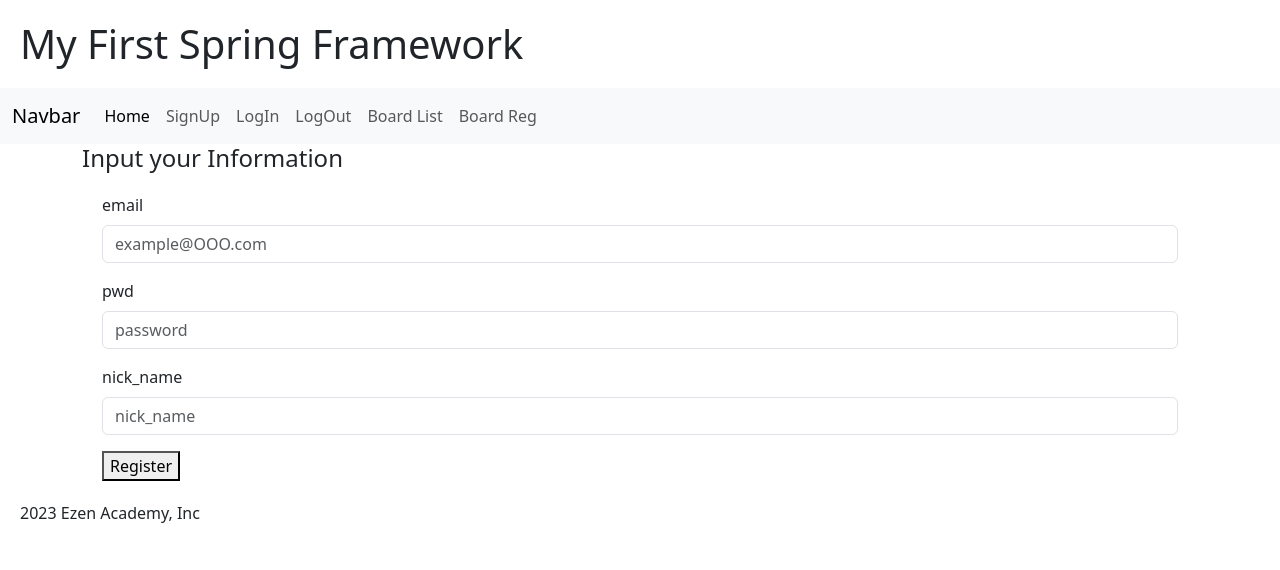
Repository: hayxxnekim/spring
Page: http://localhost/springProject/WEB-INF/views/member/register.jsp
The author's editor kept a copy of each file at every save. The page is drawn from the files as they stood at one save, then again after the next save.
The browser window is 1280 px wide. The pictures show the whole page.
The page is served by Tomcat 9. Nobody is signed in. The template is opened directly, without the code that normally fills it, so the values that code supplies are empty.

Above is the page before, as saved 2023-10-27 10:37:22.

After the next save:
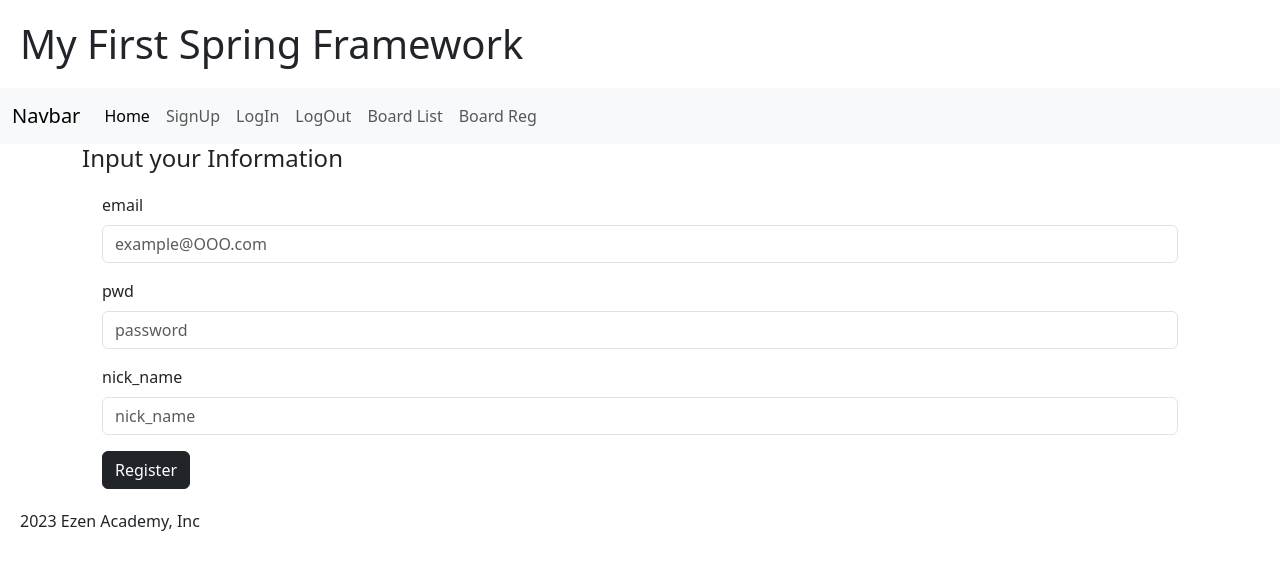
Saved 16 s later.
--- a/springProject/src/main/webapp/WEB-INF/views/member/register.jsp
+++ b/springProject/src/main/webapp/WEB-INF/views/member/register.jsp
@@ -26,7 +26,7 @@
 	  <label for="n" class="form-label">nick_name</label>
 	  <input type="text" class="form-control" name="nickName" id="n" placeholder="nick_name">
 	</div>
-	<button type="submit">Register</button>
+	<button type="submit" class="btn btn-dark">Register</button>
 </form>
 </div>
 <jsp:include page="../common/footer.jsp" />
